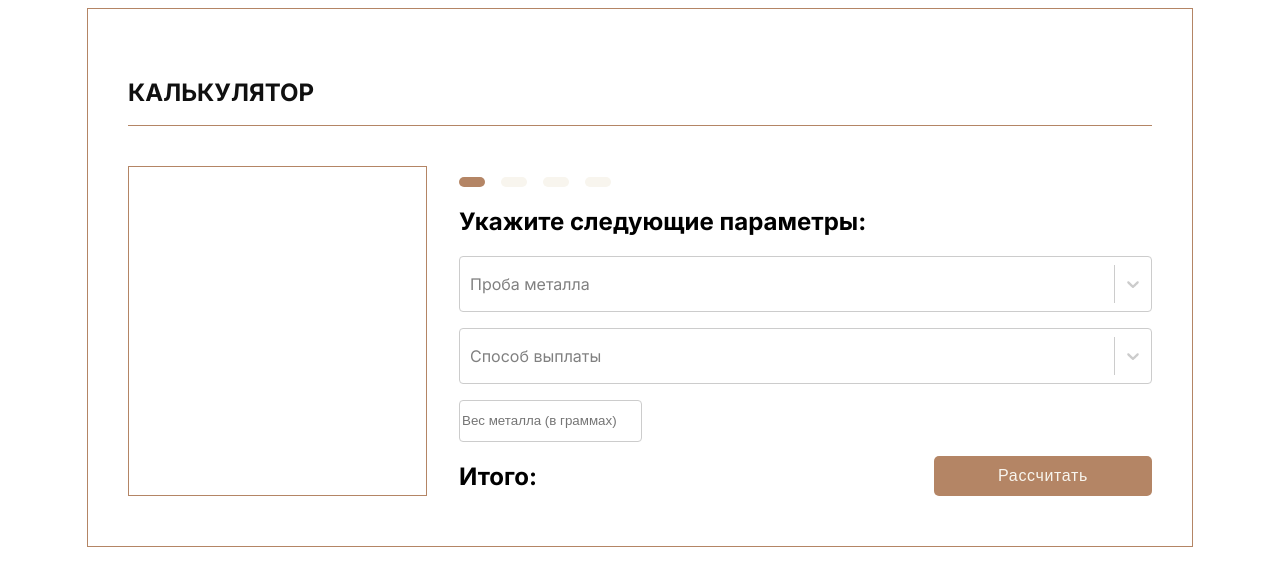
Repository: Kirill2034/Calculator-metal
Page: /
The author's editor kept a copy of each file at every save. The page is drawn from the files as they stood at one save, then again after the next save.
The browser window is 1280 px wide. The pictures show the whole page.
The project was rebuilt for these pictures with package versions that can differ from the ones it lists, and the page was loaded fresh each time.

Above is the page before, as saved 2021-11-27 19:32:19.

### public/index.html
<!DOCTYPE html>
<html lang="en">
  <head>
    <meta charset="utf-8" />
    <meta name="viewport" content="width=device-width, initial-scale=1" />

    <link rel="preconnect" href="https://fonts.googleapis.com">
    <link rel="preconnect" href="https://fonts.gstatic.com" crossorigin>
    <link href="https://fonts.googleapis.com/css2?family=Inter:wght@300;400;500;700&display=swap" rel="stylesheet">

    <title>Калькулятор</title>
  </head>
  <body>
    <div id="root"></div>
  </body>
</html>

### src/App.js
import React, { useState } from 'react';
import './App.css';
import {BtnRadio} from './components/BtnRadio';
import Select from 'react-select';

const metals = [
  {
    id: 1,
    code: "gold",
    title: "Золото",
    finenessList: [
      {id: 1, value: 375, cash: 90, checkingAccount: 100},
      {id: 1, value: 575, cash: 190, checkingAccount: 250}
    ]
  },
  {
    id: 2,
    code: "argent",
    title: "Серебро",
    finenessList: [
      {id: 1, value: 375, cash: 90, checkingAccount: 100},
      {id: 1, value: 575, cash: 190, checkingAccount: 250}
    ]
  },
  {
    id: 3,
    code: "palladium",
    title: "Палладий",
    finenessList: [
      {id: 1, value: 375, cash: 90, checkingAccount: 100},
      {id: 1, value: 575, cash: 190, checkingAccount: 250}
    ]
  },
  {
    id: 4,
    code: "platinum",
    title: "Платина",
    finenessList: [
      {id: 1, value: 375, cash: 90, checkingAccount: 100},
      {id: 1, value: 575, cash: 190, checkingAccount: 250}
    ]
  },
]

const payments = [
  {
    value: "cash",
    label: "Наличные"
  },
  {
    value: "checkingAccount",
    label: "На расчётный счёт"
  }
]


const App = () => {

  const [payment, setPayment] = useState(null);
  const [metal, setMetal] = useState(metals[0]);

  const onMetalChange = (metal) => {
    setMetal(metal);
  };

  const onPaymentChange = (value) => {
    setPayment(value);
    console.log(value)
  }


  return (
    <div className="App">
      <div className="title">
        <h2>Калькулятор</h2>
      </div>
      <div className="calculator">
        <div className="metal-image"></div>
        <div className="content">
          <div className="check-metal">
            {metals.map((item) => (
            <BtnRadio
              key={item.id}
              item={item.title}
              selected={metal.id === item.id}
              onClick={() => onMetalChange(item)}
              />
          ))}
          </div>
          <div className="select-prop-metal">
            <h2>Укажите следующие параметры:</h2>
            <Select className="select" placeholder="Проба металла"/>
            <Select className="select" options={payments} placeholder="Способ выплаты" onChange={onPaymentChange} value={payment}/>
            <input type="text" placeholder="Вес металла (в граммах)"/>
          </div>
          <div className="calculate">
            <h2>Итого:</h2>
            <button>Рассчитать</button>
          </div>
        </div>
      </div>
    </div>
  );
}

export default App;

### src/App.css
.App {width: 1024px; height: 537px; border: 1px solid #B48565; margin: 0 auto; font-family: 'Inter', sans-serif; padding: 0 40px;}
.App .title {border-bottom: 1px solid #B48565; text-transform: uppercase; font-weight: 900; font-size: 16px; line-height: 24px; color: #101010; margin-top: 72px; margin-bottom: 40px;}

.App .calculator {display: flex;}
.App .calculator .metal-image {width: 30%; height: 328px; border: 1px solid #B48565; margin-right: 32px;}
.App .calculator .content {width: 70%;}
.App .calculator .calculate {display: flex; align-items: center; justify-content: space-between}
.App .calculator .calculate button {border: none; box-shadow: none; outline: none; background: #B48565; border-radius: 5px; font-weight: normal; font-size: 16px; line-height: 24px; letter-spacing: 0.04em; color: #F8F5EE; padding: 8px 64px; cursor: pointer;}
.App .calculator .select-prop-metal input {-webkit-box-align: center; align-items: center; background-color: hsl(0, 0%, 100%); border-color: hsl(0, 0%, 80%); border-radius: 4px; border-style: solid; border-width: 1px; cursor: default; display: flex; flex-wrap: wrap; -webkit-box-pack: justify; justify-content: space-between; min-height: 38px; outline: 0!important; position: relative; transition: all 100ms; box-sizing: border-box; height: 42px;}
.App .select {margin-bottom: 16px;}

### src/components/BtnRadio/index.js
import BtnRadio from './BtnRadio.js';
export {BtnRadio};

### src/components/BtnRadio/BtnRadio.js
import React from 'react';
import './BtnRadio.css';
import cn from "classnames";

const BtnRadio = ({title, selected, onClick}) => {
    return (
        <button
            className={cn("BtnRadio", {selected})}
            onClick={onClick}
        >{title}</button>
    )
}

export default BtnRadio;

### src/components/BtnRadio/BtnRadio.css
.BtnRadio {border: 1px solid transparent; box-shadow: none; outline: none; background: #F8F5EE; border-radius: 100px; padding: 4px 12px; color: #101010; font-weight: normal; font-size: 16px; line-height: 24px; letter-spacing: 0.04em; margin-right: 16px; cursor: pointer;}
.BtnRadio:hover {border: 1px solid #B48565; cursor: pointer;}
.BtnRadio.selected {color: #F8F5EE; background: #B48565;}

Loaded but not shown: src/index.js (common file)

After the next save:
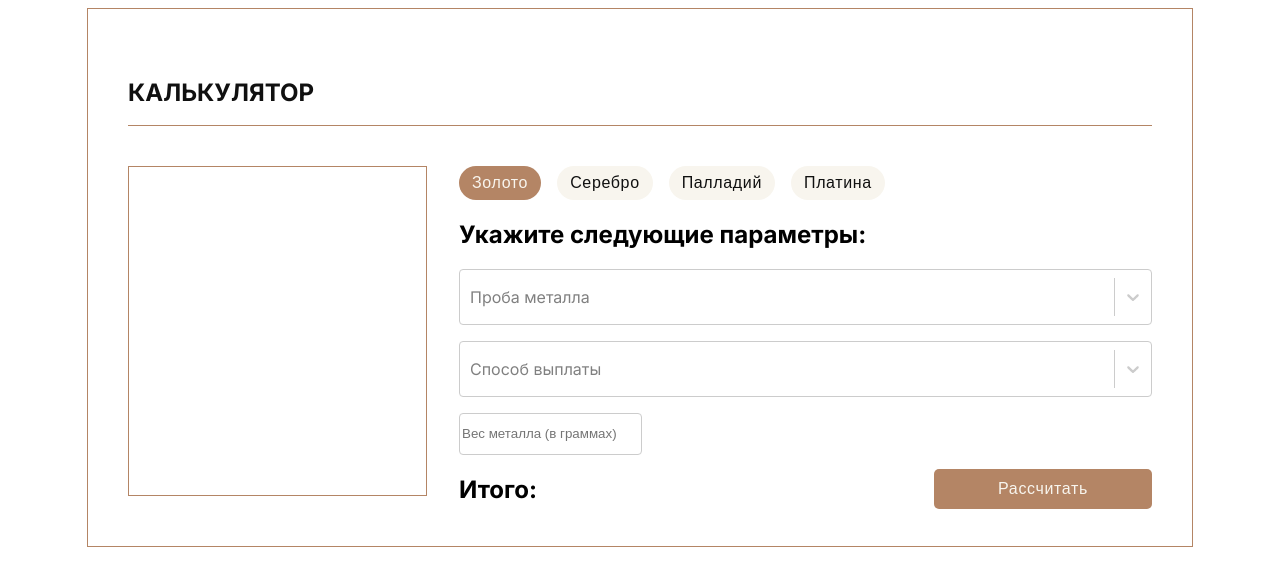
Saved 10 s later.
--- a/src/App.js
+++ b/src/App.js
@@ -81,7 +81,7 @@ const App = () => {
             {metals.map((item) => (
             <BtnRadio
               key={item.id}
-              item={item.title}
+              title={item.title}
               selected={metal.id === item.id}
               onClick={() => onMetalChange(item)}
               />
